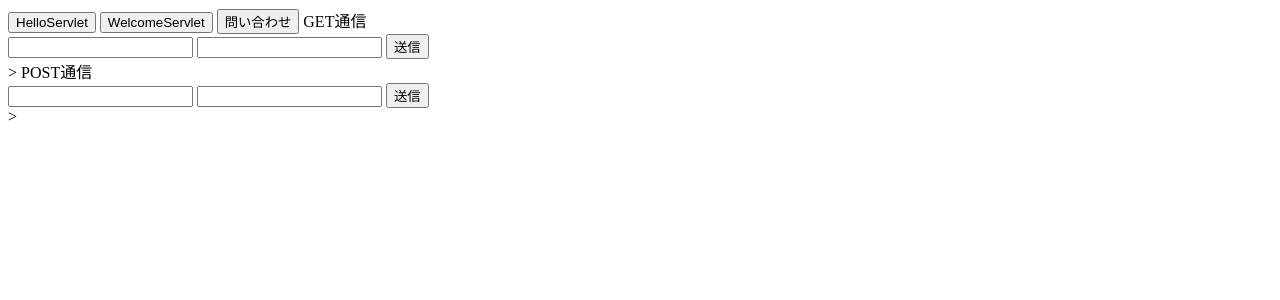
Repository: Sakamoto-Akira/test
Page: http://localhost/HelloServlet/
The author's editor kept a copy of each file at every save. The page is drawn from the files as they stood at one save, then again after the next save.
The browser window is 1280 px wide. The pictures show the whole page.
The page is served by Tomcat 9. Other server files are loaded and not shown.

Above is the page before, as saved 2019-04-22 08:16:43.

### HelloServlet/WebContent/index.jsp
<%@ page language="java" contentType="text/html; charset=UTF-8"
pageEncoding="UTF-8"%>

<!DOCTYPE html>
<html>
<head>
<meta charset="UTF-8">
<title>HelloServlet</title>
</head>
<body>

<input type="button" value="HelloServlet" onClick="location.href='HelloServlet'">
<input type="button" value="WelcomeServlet" onClick="location.href='welcome.jsp'">
<input type="button" value="問い合わせ" onClick="location.href='inquiry.jsp'">
GET通信
<form method="get" action="TestServlet">
<input type="text" name="username">
<input type="password" name="password">
<input type="submit" value="送信">
</form>>
POST通信
<form method="post" action="TestServlet">
<input type="text" name="username">
<input type="password" name="password">
<input type="submit" value="送信">
</form>>
</body>
</html>

After the next save:
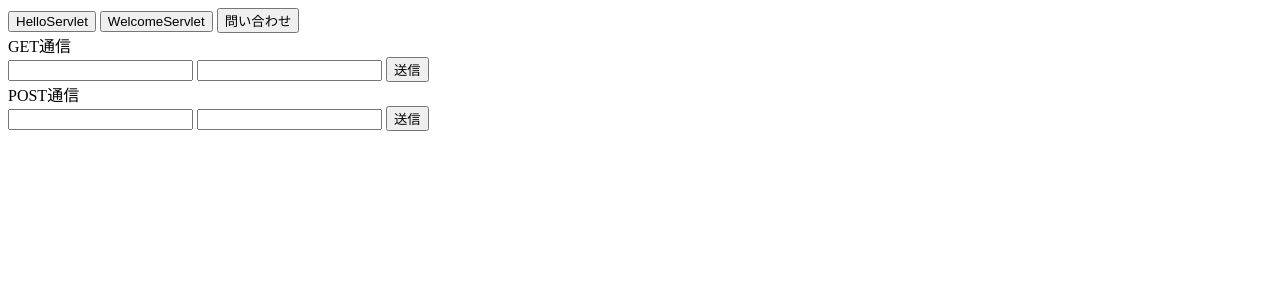
Saved 65 s later.
--- a/HelloServlet/WebContent/index.jsp
+++ b/HelloServlet/WebContent/index.jsp
@@ -12,17 +12,18 @@
 <input type="button" value="HelloServlet" onClick="location.href='HelloServlet'">
 <input type="button" value="WelcomeServlet" onClick="location.href='welcome.jsp'">
 <input type="button" value="問い合わせ" onClick="location.href='inquiry.jsp'">
+<br>
 GET通信
 <form method="get" action="TestServlet">
 <input type="text" name="username">
 <input type="password" name="password">
 <input type="submit" value="送信">
-</form>>
+</form>
 POST通信
 <form method="post" action="TestServlet">
 <input type="text" name="username">
 <input type="password" name="password">
 <input type="submit" value="送信">
-</form>>
+</form>
 </body>
 </html>
